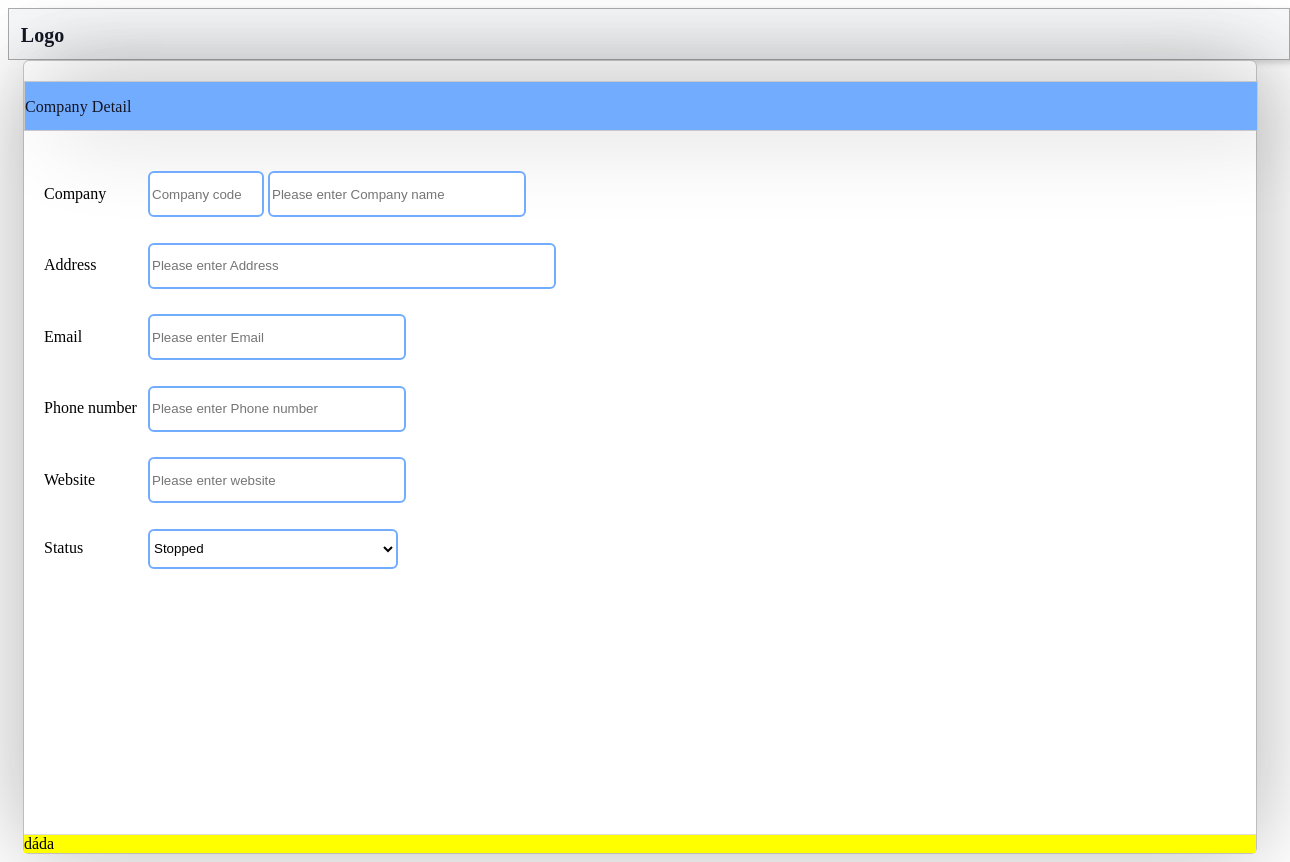
Repository: Zain1409/company
Page: client/html/CompanyDetail.html
These files come from the project's save history. The page is drawn as it stood at one moment and after the next save; the edit follows.
The browser window is 1280 px wide. The page is 1290 px wide, so the pictures cover 1290 px, including what lies to the right of the window. The pictures show the whole page.

Above is the page before, as saved 2021-04-04 21:34:47.

### client/html/CompanyDetail.html
<!DOCTYPE html>
<html lang="en">
<head>
    <meta charset="UTF-8">
    <meta http-equiv="X-UA-Compatible" content="IE=edge">
    <meta name="viewport" content="width=device-width, initial-scale=1.0">
    <link rel="stylesheet" href="./../css/CompanyDetail.css">
    <title>Company Detail</title>
</head>
<body>
    <div class="header">
        <p>Logo</p>
    </div>
    <div class="container">
        <div id="content">
            <div id="head">
                <p>Company Detail</p>
            </div>
            <form id="form">
                <label id="properties">Company</label> <input id="code" type="text" placeholder="Company code" style="width: 108px;"> <input id="name" type="text" placeholder="Please enter Company name">
                <br>
                <br>
                <label id="properties">Address</label> <input id="address" type="text" placeholder="Please enter Address" style="width: 400px;
                height: 40px;">
                <br>
                <br>
                <label id="properties">Email</label> <input id="email" type="text" placeholder="Please enter Email" >
                <br>
                <br>
                <label id="properties">Phone number</label> <input id="phone_number" type="text" placeholder="Please enter Phone number" >
                <br>
                <br>
                <label id="properties">Website</label> <input id="website" type="text" placeholder="Please enter website " >
                <br>
                <br>
                <label id="properties">Status</label> <select name="" id="form_select">
                    <option value="stopped">Stopped</option>
                    <option value="working">Working</option>
                    <option value="pending">Pending</option>
                    </select>
                </select>
            </form>

        </div>
        <div id="footer">
            dáda
    </div>
    </div>
</body>
</html>

### client/css/CompanyDetail.css
.header{
    width: 1280px;
    height: 50px;
    background: #F6F8F9 0% 0% no-repeat padding-box;
    box-shadow: 30px 3px 6px #00000029;
    border: 0.5px solid #ACABAB;
    opacity: 1;
    margin: auto;

}
.header p{
    width: 67px;
    height: 39px;
    text-align: left;
    font-weight: bold;
    font-size: 20px;
    color: #131523;
    opacity: 1;
    text-align: center;
    padding-top: 15px;
    margin: 0;
}
.container{
    width: 1232px;
    height: 624px;
    background: #FFFFFF 0% 0% no-repeat padding-box;
    box-shadow: 0px 3px 90px #00000029;
    border: 0.5px solid #C8C8C8;
    border-radius: 6px;
    opacity: 1;
    padding-top: 20px;
    margin: auto;
}
.container{
    margin: auto;
    width: 1232px;
    height: auto;
    padding-top: 20px;
}

#content{
    clear: both;
    width: 1232px;
    height: 753px;
    background: #FFFFFF 0% 0% no-repeat padding-box;
    box-shadow: 0px 3px 90px #00000029;
    opacity: 1;
}
#head{
    width: 1232px;
    height: 48px;
    background: #72ACFF 0% 0% no-repeat padding-box;
    box-shadow: 30px 3px 90px #00000029;
    border: 0.5px solid #C8C8C8;
    opacity: 1;
}
#head p{
    text-align: left;
    font: normal normal medium 20px/30px Poppins;
    letter-spacing: 0.08px;
    color: #131523;
    opacity: 1;
}
#form{
    width: 600px;
    float: left;
    height: 280px;
    margin: 20px;
    padding-top: 20px;

}
#form input{
    width: 250px;
    height: 40px;
    background: #FFFFFF 0% 0% no-repeat padding-box;
    border: 2px solid #72ACFF;
    border-radius: 6px;
    opacity: 1;
}
#form_select{
    clear: both;
    width: 250px;
    height: 40px;
    background: #FFFFFF 0% 0% no-repeat padding-box;
    border: 2px solid #72ACFF;
    border-radius: 6px;
    opacity: 1;
}
#properties{
    width: 100px;
    height: 40px;
    opacity: 1;
    display: inline-block;
}
#footer{
    clear: both;
    float: inherit;
    border-top: 1px solid #DEDEDE;
    background-color: yellow;
}

After the next save:
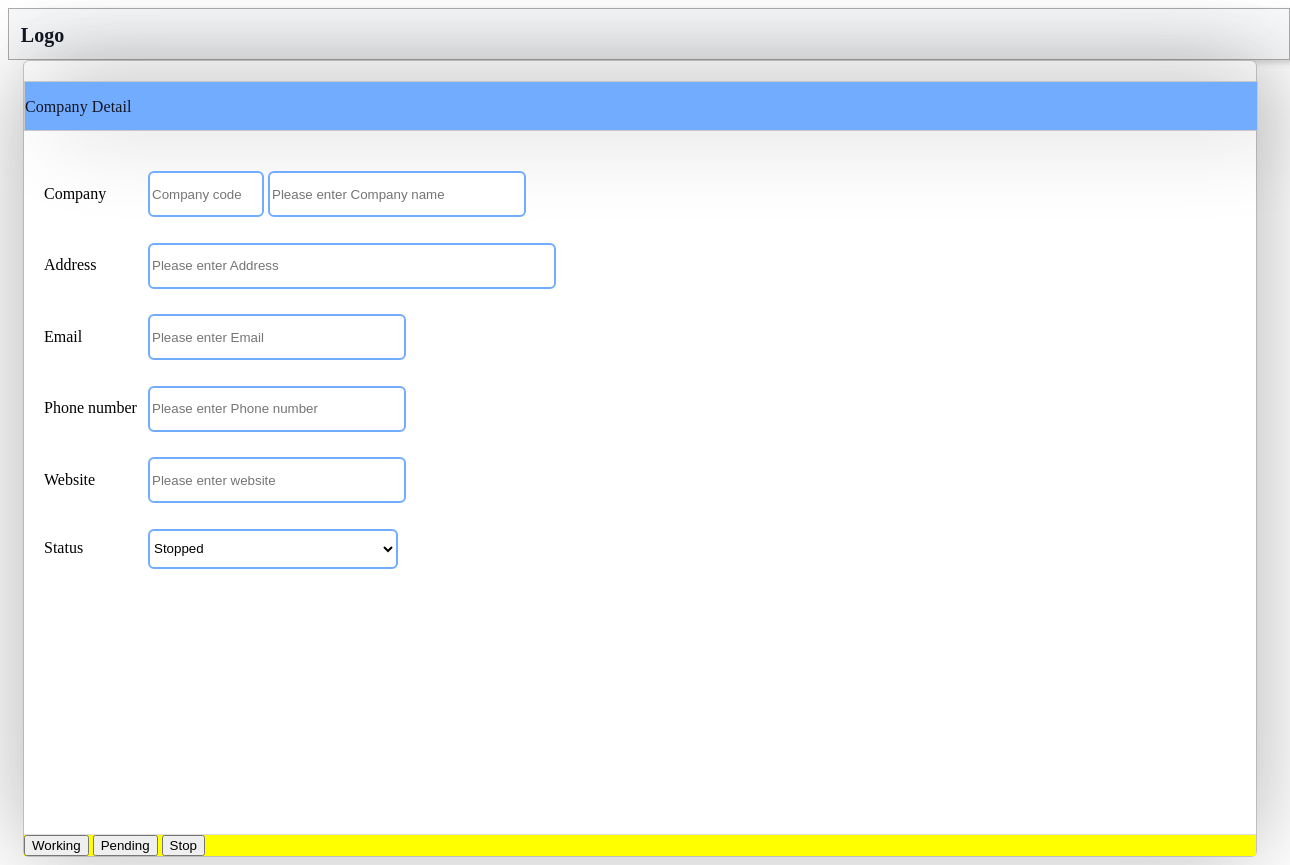
Saved 91 s later.
--- a/client/html/CompanyDetail.html
+++ b/client/html/CompanyDetail.html
@@ -43,8 +43,15 @@
 
         </div>
         <div id="footer">
-            dáda
-    </div>
+            <div id="button_left">
+                <button>Working</button>
+                <button>Pending</button>
+                <button>Stop</button>
+            </div>
+            <div id="button_right">
+
+            </div>
+        </div>
     </div>
 </body>
 </html>
